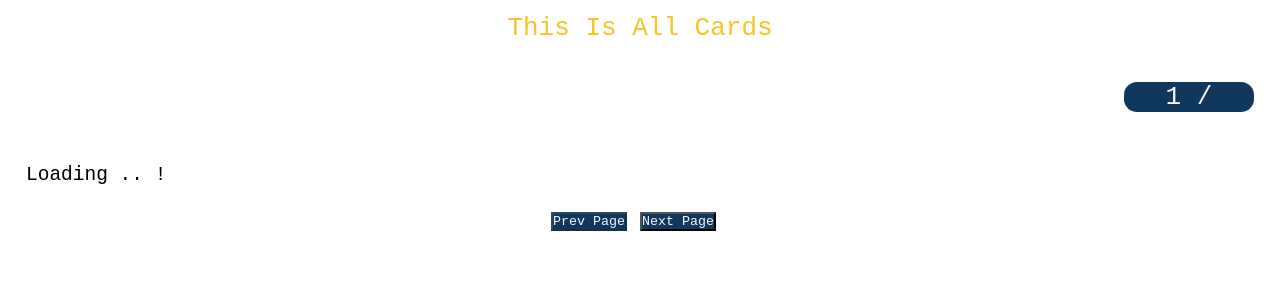
Repository: rehamtaher10/reactQueryTask
Page: /
The author's editor kept a copy of each file at every save. The page is drawn from the files as they stood at one save, then again after the next save.
The browser window is 1280 px wide. The pictures show the whole page.
The page's requests for data from a server got no answer. The project was rebuilt for these pictures with package versions that can differ from the ones it lists, and the page was loaded fresh each time. No one was signed in, and anything a server would have sent is missing. Also part of the build but not shown: vite.config.js.

Above is the page before, as saved 2024-12-07 20:25:23.

After the next save:
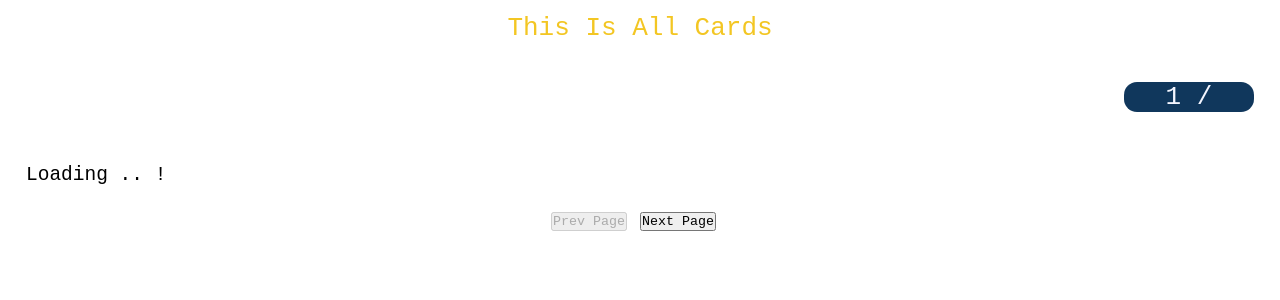
Saved 81 s later.
--- a/src/style/app.css
+++ b/src/style/app.css
@@ -66,8 +66,8 @@
 
 }
 .buttons button{
-    background-color:#10375C ;
-    color: #F4F6FF;
+    /* background-color:#10375C ;
+    color: #F4F6FF; */
     direction: ltr;
     margin-right: 1rem;
 }

After the save that followed:
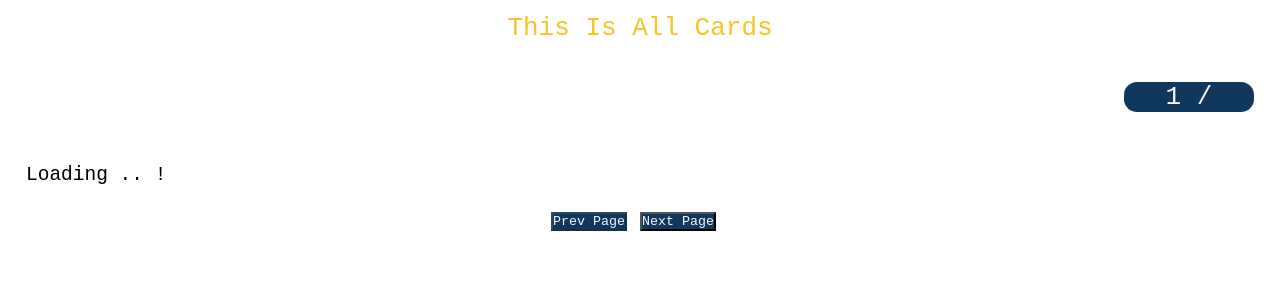
Saved 20 s later.
--- a/src/style/app.css
+++ b/src/style/app.css
@@ -66,8 +66,8 @@
 
 }
 .buttons button{
-    /* background-color:#10375C ;
-    color: #F4F6FF; */
+    background-color:#10375C ;
+    color: #F4F6FF;
     direction: ltr;
     margin-right: 1rem;
 }
